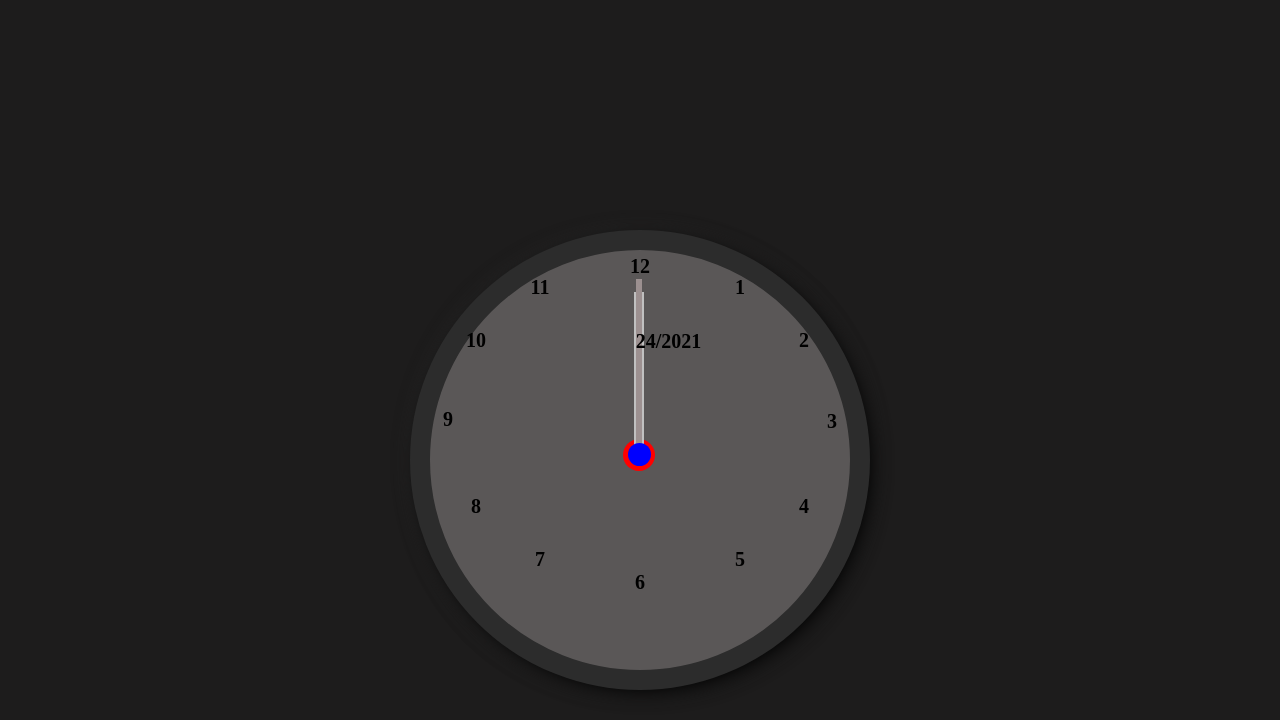
Repository: Eugene44-hub/Analog-clock
Page: index.html
An editor plug-in stored every save of this project. The page is shown before and after the next save, followed by the edit.
The browser window is 1280 px wide. The pictures show the whole page.

Above is the page before, as saved 2021-09-04 23:22:05.

After the next save:
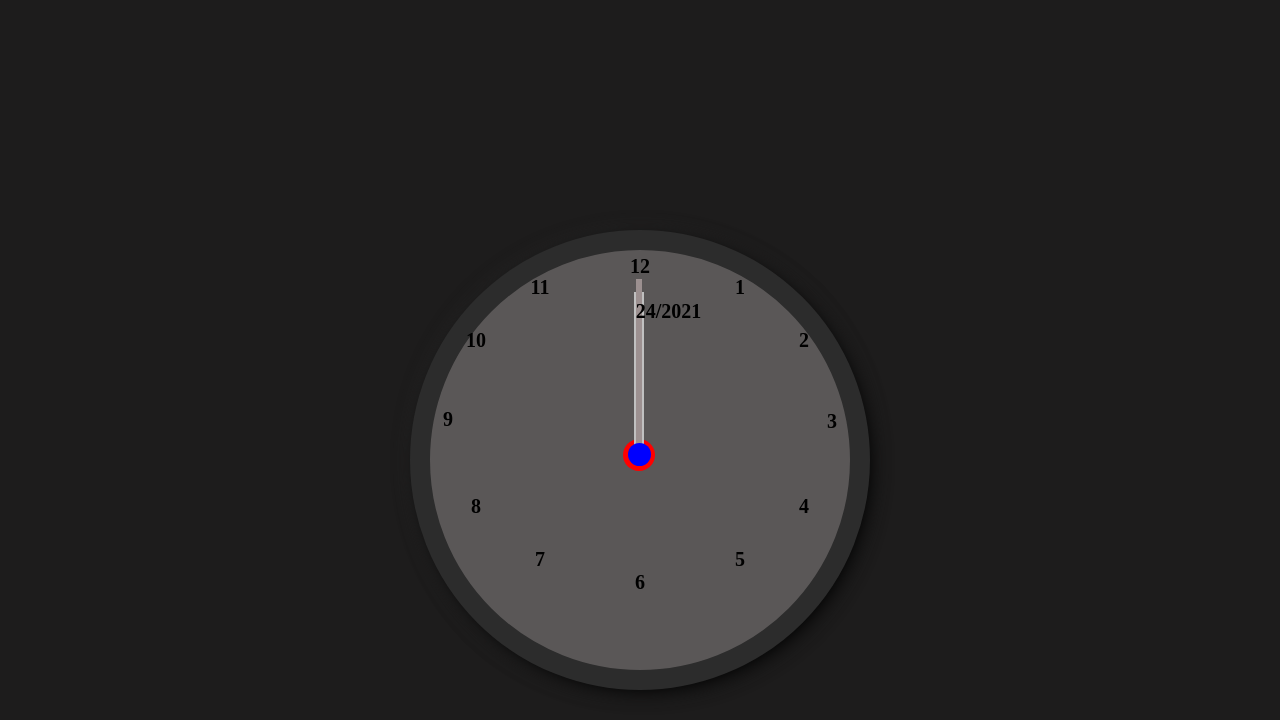
Saved 14 s later.
--- a/style.css
+++ b/style.css
@@ -84,7 +84,7 @@
 .date {
     position: absolute;
     left: 49%;
-    top: 19%;
+    top: 12%;
 }
 
 

After the save that followed:
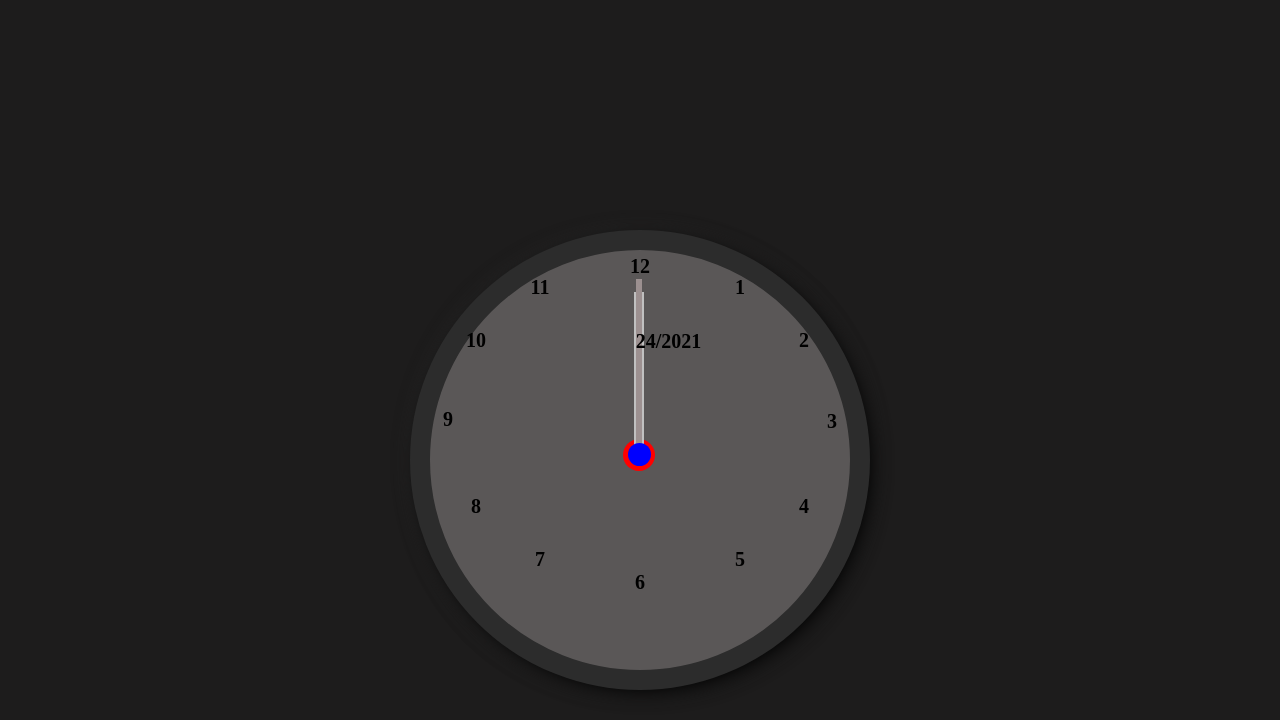
Saved 4 s later.
--- a/style.css
+++ b/style.css
@@ -84,7 +84,7 @@
 .date {
     position: absolute;
     left: 49%;
-    top: 12%;
+    top: 19%;
 }
 
 
